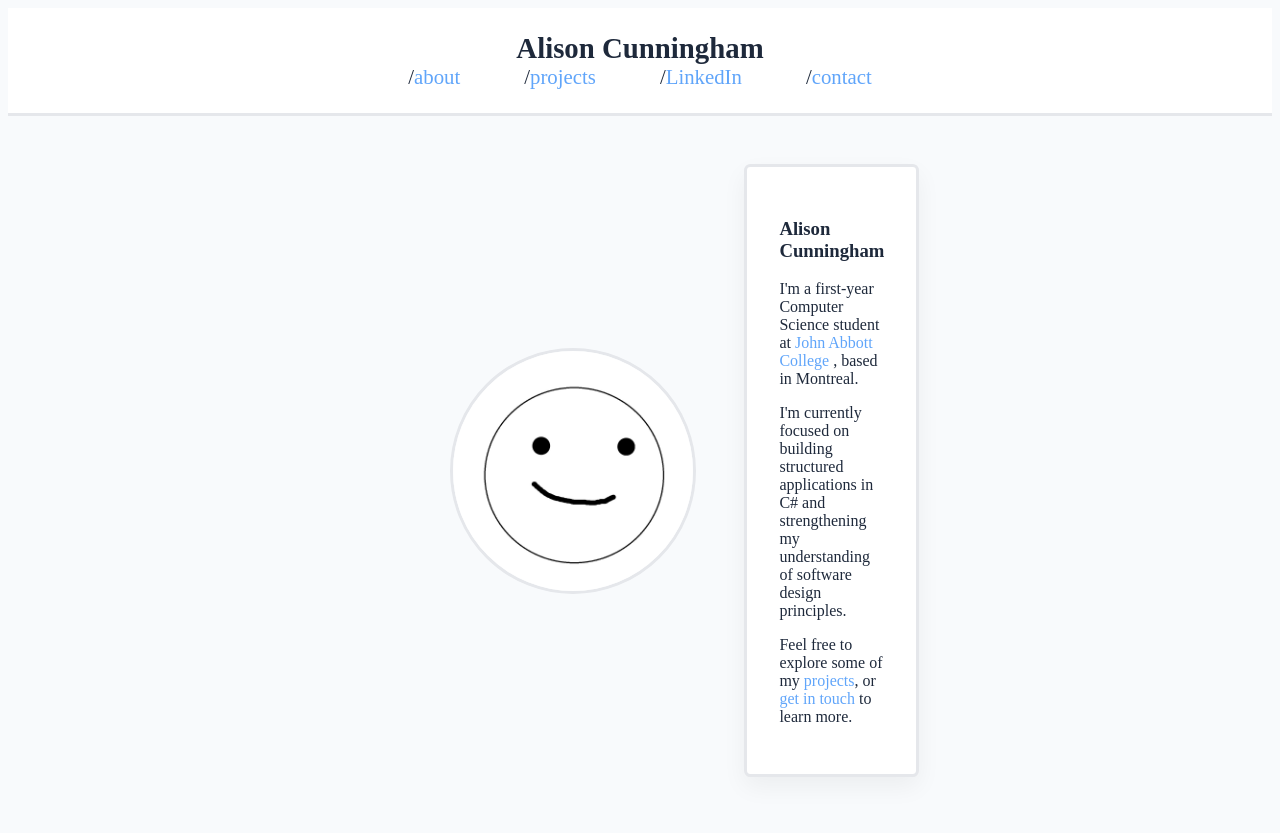
Repository: alison-cunningham/alison-cunningham
Page: index.html
These files come from the project's save history. The page is drawn as it stood at one moment and after the next save; the edit follows.
The browser window is 1280 px wide. The pictures show the whole page.
Some web fonts or font styles are not loaded; a fallback is used.

Above is the page before, as saved 2026-04-22 14:10:43.

### index.html
<!DOCTYPE html>
<html lang="en">
<head>
    <meta charset="UTF-8" />
    <title>Alison Cunningham - Home Page</title>
    <link rel="stylesheet" href="./styles/globals.css"/>
    <link rel="stylesheet" href="./styles/index.css" />
</head>

<body>
    <header>
        <h1>Alison Cunningham</h1>
        <div class="nav-bar">
            <a href="index.html">/<span class="hover-text">about</span></a>
            <a href="projects.html">/<span class="hover-text">projects</span></a>
            <a href="https://www.linkedin.com/in/alison-c-427578b5">/<span class="hover-text">LinkedIn</span></a>
            <a href="mailto:cunningham.alison.m@gmail.com">/<span class="hover-text">contact</span></a>
        </div>
    </header>

    <main>
        <img class="home-page-img" src="./assets/images/placeholder.jpg" alt="this is just a placeholder">

        <div class="about-me">
            <h3>Alison Cunningham</h3>
                <p>
        I'm a first-year Computer Science student at
        <a href="https://johnabbott.qc.ca/career-programs/computer-science-technology/" class="hover-text">
            John Abbott College
        </a>, based in Montreal.
    </p>

    <p>
        I'm currently focused on building structured applications in C# and strengthening my understanding of software design principles.
    </p>

    <p>
        Feel free to explore some of my <a href="projects.html" class="hover-text">projects</a>,
        or <a href="mailto:cunningham.alison.m@gmail.com" class="hover-text">get in touch</a> to learn more.
    </p>

        </div>


    </main>



</body>

</html>

### styles/globals.css
@font-face{
    font-family: 'Radio-Canada';
    src: url('../assets/fonts/Radio_Canada/RadioCanada-VariableFont_wdth\,wght.ttf')
}



body{
    font-family: 'Radio-Canada';
    display: grid;
    place-items: center;

    background-color: #f8fafc;
    color: #1e293b;

}

a{
    text-decoration: none;
    color: inherit;
}

### styles/index.css
header{
    width: 100%;
    padding: 1.5rem 0;

    background-color: #ffffff;
    border-bottom: .2rem solid #e5e7eb;

    display: flex;
    flex-direction: column;
    align-items: center;
    justify-content: center;

    font-size: 1.2rem;
}

header h1{
    font-size: 1.8rem;
    margin: 0;
}

.nav-bar{
    display: flex;
    gap: 4rem;

    font-size: 1.3rem;

}

.hover-text{
    color: #60a5fa;
    transition: color 0.3s;
}

.hover-text:hover{
    color: #34d399;
}

.home-page-img{
    width: 15rem;
    border: .2rem solid #e5e7eb;
    border-radius: 50%;
}

main{
    display: grid;
    grid-template-columns: auto 1fr;
    align-items: center;

    gap: 3rem;
    padding: 3rem 2rem;

    width: 90%;
    margin: 0 auto;

}

.about-me{

    padding: 2rem;
    background-color: #ffffff;

    border: .2rem solid #e5e7eb;
    border-radius: .4rem;

    box-shadow: 0 10px 25px rgba(0,0,0,0.05);
}

@media (min-width: 600px) {
  main {
    width: 50%;
  }
}

@media (min-width: 992px) {
  main {
    width: 30%;
  }
}

After the next save:
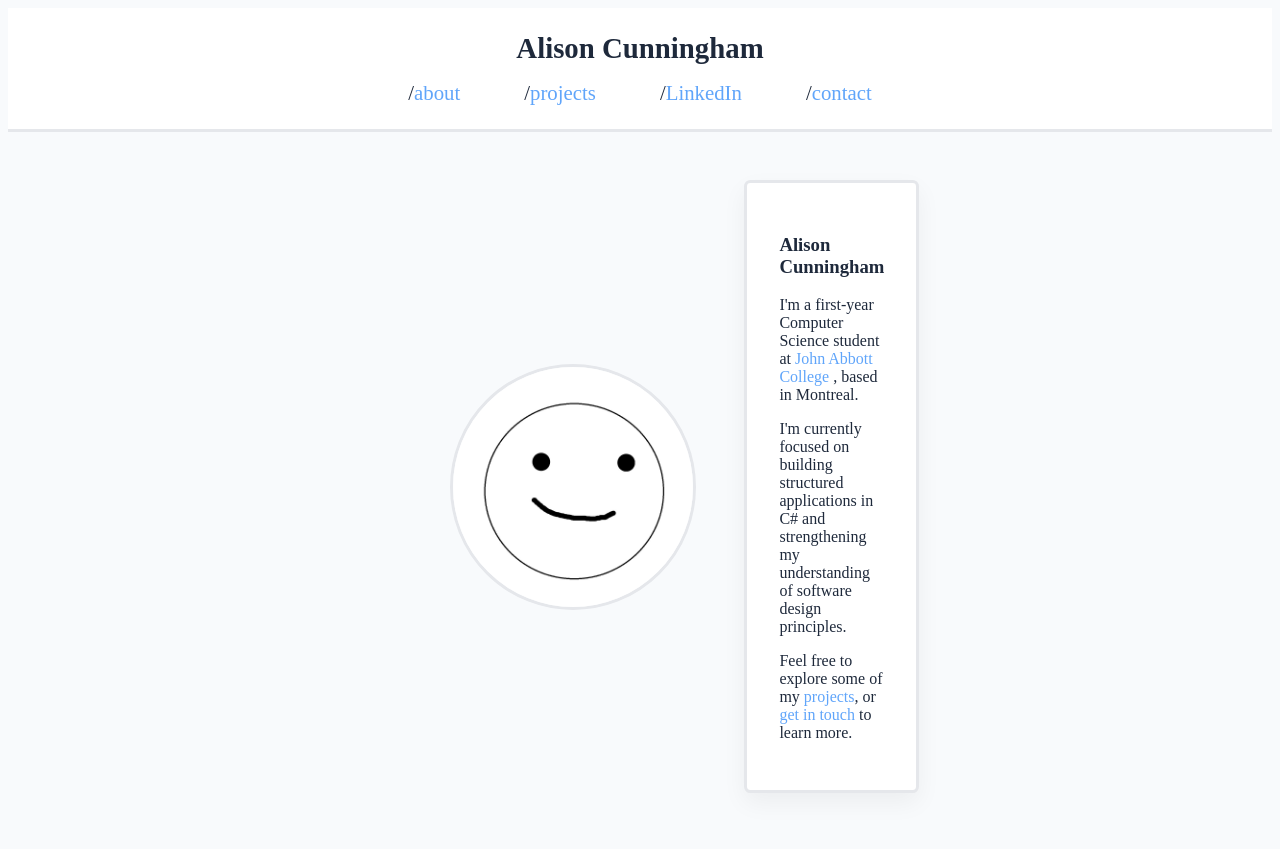
Saved 51 s later.
--- a/styles/index.css
+++ b/styles/index.css
@@ -24,6 +24,8 @@ header h1{
 
     font-size: 1.3rem;
 
+    padding-top: 1rem;
+
 }
 
 .hover-text{
@@ -49,7 +51,7 @@ main{
     gap: 3rem;
     padding: 3rem 2rem;
 
-    width: 90%;
+    max-width: 90%;
     margin: 0 auto;
 
 }
